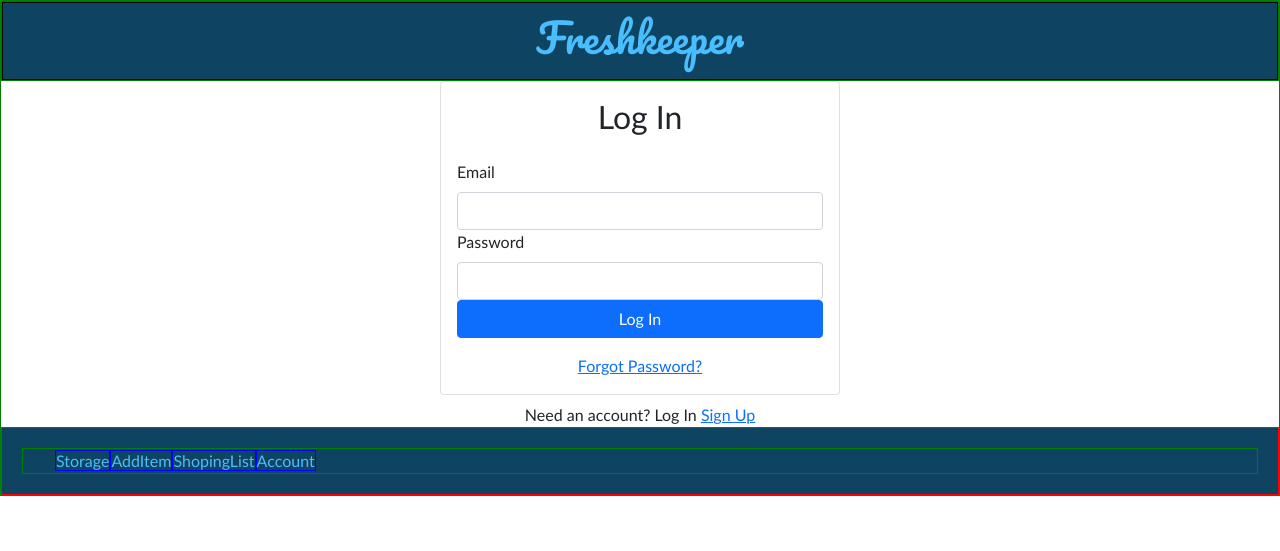
Repository: patrik-fredlund/freshkeeper-repo
Page: /
These files come from the project's save history. The page is drawn as it stood at one moment and after the next save; the edit follows.
The browser window is 1280 px wide. The pictures show the whole page.
The project was rebuilt for these pictures with package versions that can differ from the ones it lists, and the page was loaded fresh each time. Also part of the build but not shown: src/components/Signup.js, src/components/Account.js, src/components/ForgotPassword.js, src/components/UpdateProfile.js, src/components/Storage.js, src/components/Shopinglist.js, src/components/AddItem.js.

Above is the page before, as saved 2021-10-15 23:03:27.

### public/index.html
<!DOCTYPE html>
<html lang="en">

<head>
  <meta charset="utf-8" />
  <link rel="icon" href="%PUBLIC_URL%/favicon.ico" />
  <meta name="viewport" content="width=device-width, initial-scale=1" />
  <meta name="theme-color" content="#000000" />
  <meta name="description" content="Web site created using create-react-app" />
  <link rel="apple-touch-icon" href="%PUBLIC_URL%/logo192.png" />

  <link rel="manifest" href="%PUBLIC_URL%/manifest.json" />

  <title>Freshkeeper</title>
</head>

<body>
  <noscript>You need to enable JavaScript to run this app.</noscript>
  <div id="root"></div>

</body>

</html>

### src/index.js
import React from 'react';
import ReactDOM from 'react-dom';
import App from './components/App';
import 'bootstrap/dist/css/bootstrap.min.css';

ReactDOM.render(
  <React.StrictMode>
    <App />
  </React.StrictMode>,
  document.getElementById('root')
);

### src/components/App.js
import { Container } from 'react-bootstrap';
import '../App.css';
import Signup from './Signup';
import { AuthProvider } from '../context/AuthContext';
import { BrowserRouter as Router, Switch, Route } from 'react-router-dom';
import Account from './Account';
import Login from './Login';
import PrivateRoute from './PrivateRoute';
import ForgotPassword from './ForgotPassword';
import UpdateProfile from './UpdateProfile';
import Storage from './Storage';
import { AppWrap } from './appStyles';
import Header from './header/header';
import ShopingList from './Shopinglist';
import AddItem from './AddItem';
import Navbar from './navbar/Navbar';

function App() {
  return (
    <AppWrap>
      <Header />
      <Container
        className='d-flex align-items-center justify-content-center'
        // style={{ minHeight: '10vh' }}
      >
        <div className='w-100' style={{ maxWidth: '400px' }}>
          <Router>
            <AuthProvider>
              <Switch>
                <PrivateRoute exact path='/' component={Storage} />
                <PrivateRoute path='/additem' component={AddItem} />
                <PrivateRoute path='/shopinglist' component={ShopingList} />
                <PrivateRoute path='/account' component={Account} />
                <PrivateRoute
                  path='/update-profile'
                  component={UpdateProfile}
                />
                <Route path='/signup' component={Signup} />
                <Route path='/login' component={Login} />
                <Route path='/forgot-password' component={ForgotPassword} />
              </Switch>
            </AuthProvider>
          </Router>
        </div>
      </Container>
      <Navbar />
    </AppWrap>
  );
}

export default App;

### src/App.css
@import url('https://fonts.googleapis.com/css2?family=Pacifico&display=swap');

* {
  box-sizing: border-box;
  margin: 0;
  padding: 0;
  font-family: 'Gill Sans', 'Gill Sans MT', Calibri, 'Trebuchet MS', sans-serif;
}

.container {
  display: flex;
  flex-direction: column;
  justify-content: center;
  align-items: center;
}

.top_nav {
  display: flex;
  flex-direction: row;
  justify-content: center;
  align-items: center;
  padding: 14px 16px 14px 18px;

  position: absolute;
  width: 414px;
  height: 65px;
  left: 0px;
  top: 0px;

  background: #0e4462;
  border-radius: 4px;
}

.freshkeeper_header {
  position: static;

  font-family: 'Pacifico', cursive;

  font-weight: normal;
  font-size: 20px;

  display: flex;
  align-items: center;
  text-align: center;

  color: #49beff;

  /* Inside Auto Layout */

  flex: none;
  order: 0;
  flex-grow: 0;
  margin: 0px 10px;
}

### src/context/AuthContext.js
import React, { useContext, useState, useEffect } from 'react';
import { auth } from '../firebase';

const AuthContext = React.createContext();

export function useAuth() {
  return useContext(AuthContext);
}

export function AuthProvider({ children }) {
  const [currentUser, setCurrentUser] = useState();
  const [loading, setLoading] = useState(true);

  function signup(email, password) {
    return auth.createUserWithEmailAndPassword(email, password);
  }

  function login(email, password) {
    return auth.signInWithEmailAndPassword(email, password);
  }

  function logout() {
    return auth.signOut();
  }

  function resetPassword(email) {
    return auth.sendPasswordResetEmail(email);
  }

  function updateEmail(email) {
    return currentUser.updateEmail(email);
  }

  function updatePassword(password) {
    return currentUser.updatePassword(password);
  }

  useEffect(() => {
    const unsubscribe = auth.onAuthStateChanged((user) => {
      setCurrentUser(user);
      setLoading(false);
    });
    return unsubscribe;
  }, []);

  const value = {
    currentUser,
    login,
    signup,
    logout,
    resetPassword,
    updateEmail,
    updatePassword,
  };

  return (
    <AuthContext.Provider value={value}>
      {!loading && children}
    </AuthContext.Provider>
  );
}

### src/components/Login.js
import React, { useRef, useState } from 'react';
import { Form, Button, Card, Alert } from 'react-bootstrap';
import { useAuth } from '../context/AuthContext';
import { Link, useHistory } from 'react-router-dom';

export default function Login() {
  const emailRef = useRef();
  const passwordRef = useRef();
  const { login } = useAuth();
  const [error, setError] = useState('');
  const [loading, setLoading] = useState(false);
  const history = useHistory();

  async function handleSubmit(e) {
    e.preventDefault();

    try {
      setError('');
      setLoading(true);
      await login(emailRef.current.value, passwordRef.current.value);
      history.push('/');
    } catch {
      setError('Failed to Log In');
    }

    setLoading(false);
  }

  return (
    <>
      <Card>
        <Card.Body>
          <h2 className='text-center mb-4'>Log In</h2>

          {error && <Alert variant='danger'>{error}</Alert>}
          <Form onSubmit={handleSubmit}>
            <Form.Group id='email'>
              <Form.Label>Email</Form.Label>
              <Form.Control type='email' ref={emailRef} required />
            </Form.Group>
            <Form.Group id='password'>
              <Form.Label>Password</Form.Label>
              <Form.Control type='password' ref={passwordRef} required />
            </Form.Group>

            <Button disabled={loading} className='w-100' type='submit'>
              Log In
            </Button>
          </Form>
          <div className='w-100 text-center mt-3'>
            <Link to='/forgot-password'>Forgot Password?</Link>
          </div>
        </Card.Body>
      </Card>
      <div className='w-100 text-center mt-2'>
        Need an account? Log In <Link to='/signup'>Sign Up </Link>
      </div>
    </>
  );
}

### src/components/PrivateRoute.js
import React from 'react';
import { Route, Redirect } from 'react-router-dom';
import { useAuth } from '../context/AuthContext';

export default function PrivateRoute({ component: Component, ...rest }) {
  const { currentUser } = useAuth();

  return (
    <Route
      {...rest}
      render={(props) => {
        return currentUser ? (
          <Component {...props} />
        ) : (
          <Redirect to='/login' />
        );
      }}
    ></Route>
  );
}

### src/components/appStyles.js
import styled from 'styled-components';

export const AppWrap = styled.div`
  /* display: flex;
  flex-flow: column; */
  width: 100%;
  border: 1px solid green;
`;

### src/components/header/header.js
import React from 'react';
import GlobalStyle from '../globalStyles';
import { HeaderWrap } from './headerStyles';

function Header() {
  return (
    <HeaderWrap>
      <GlobalStyle />
      {/* <div className='top_nav'>
        <h2 className='freshkeeper_header'>Freshkeeper</h2>
      </div> */}
      <div className='headerContainer'>
        <h1>Freshkeeper</h1>
      </div>
    </HeaderWrap>
  );
}

export default Header;

### src/components/navbar/Navbar.js
import React from 'react';
import { AppWrap } from '../appStyles';
import { HeaderWrap } from '../header/headerStyles';
import { MenuList } from './MenuList';
import { NavbarStyles } from './navbarStyles';

const Navbar = () => {
  const menuList = MenuList.map(({ url, title, index }) => {
    return (
      <li key={index}>
        <a href={url}>{title}</a>
      </li>
    );
  });

  return (
    <NavbarStyles>
      <ul className='menu-list'>{menuList} </ul>
    </NavbarStyles>
  );
};

export default Navbar;

### src/firebase.js
import firebase from 'firebase/compat/app';
import 'firebase/compat/auth';

const app = firebase.initializeApp({
  apiKey: process.env.REACT_APP_FIREBASE_API_KEY,
  authDomain: process.env.REACT_APP_FIREBASE_AUTH_DOMAIN,
  projectId: process.env.REACT_APP_FIREBASE_PROJECT_ID,
  storageBucket: process.env.REACT_APP_FIREBASE_STORAGE_BUCKET,
  messagingSenderId: process.env.REACT_APP_FIREBASE_MESSAGE_SENDER_ID,
  appId: process.env.REACT_APP_FIREBASE_APP_ID,
});

export const auth = app.auth();
export default app;

### src/components/globalStyles.js
import { createGlobalStyle } from 'styled-components';

const GlobalStyle = createGlobalStyle`
@import url('https://fonts.googleapis.com/css2?family=Pacifico&display=swap');

  h1 {
     font-family: 'pacifico';
  }
`;

export default GlobalStyle;

### src/components/header/headerStyles.js
import styled from 'styled-components';

export const HeaderWrap = styled.div`
  width: 100%;
  border: 1px solid green;

  .headerContainer {
    border: 1px solid black;
    background-color: #0e4462;
    color: #49beff;
    padding: 10px 0;
    display: flex;
    align-items: center;
    justify-content: center;
  }
`;

### src/components/navbar/MenuList.js
export const MenuList = [
  {
    title: 'Storage',
    url: '/',
  },
  {
    title: 'AddItem',
    url: '/additem',
  },
  {
    title: 'ShopingList',
    url: '/shopinglist',
  },
  {
    title: 'Account',
    url: '/account',
  },
];

### src/components/navbar/navbarStyles.js
import styled from 'styled-components';

export const NavbarStyles = styled.div`
  border: 1px solid red;
  display: flex;
  /* max-width: 400px; */
  justify-content: space-between;
  align-items: center;
  background-color: #0e4462;
  padding: 20px;
  position: relative;
  z-index: 99;
  margin: auto;

  .menu-list {
    margin: auto;
    display: flex;
    align-items: center;
    list-style-type: none;
    width: 100%;
    border: 1px solid green;

    /* padding: 10px 10px; */
  }

  a {
    color: #49beff;

    text-decoration: none;
    border: 1px solid blue;
    /* padding: 10px; */
  }
`;

After the next save:
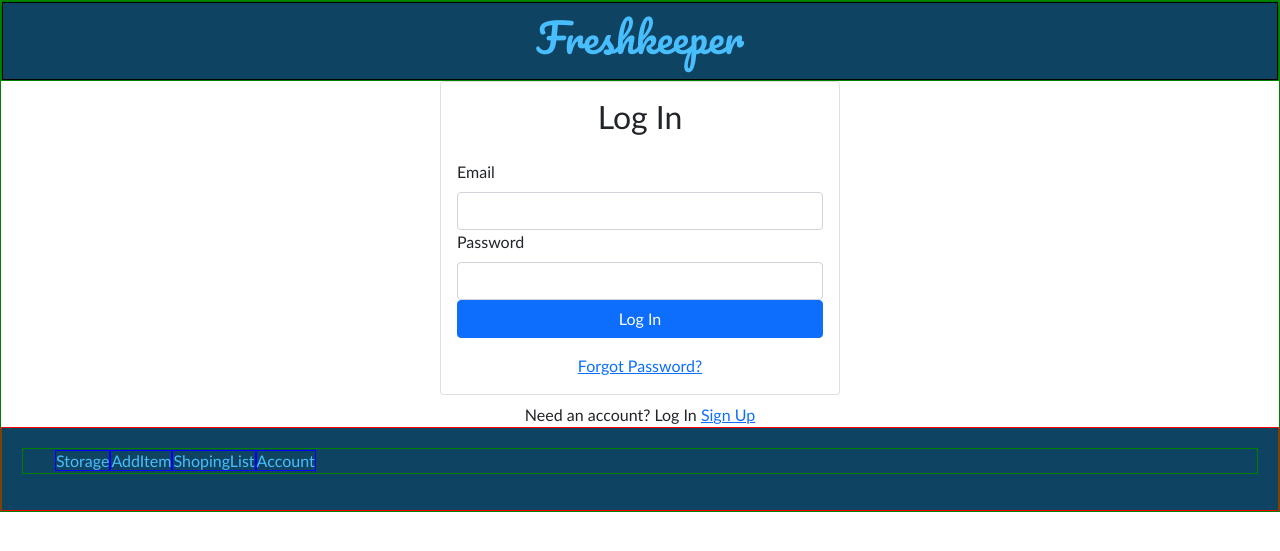
Saved 4 s later.
--- a/src/components/navbar/navbarStyles.js
+++ b/src/components/navbar/navbarStyles.js
@@ -13,7 +13,7 @@ export const NavbarStyles = styled.div`
   margin: auto;
 
   .menu-list {
-    margin: auto;
+    /* margin: auto; */
     display: flex;
     align-items: center;
     list-style-type: none;
